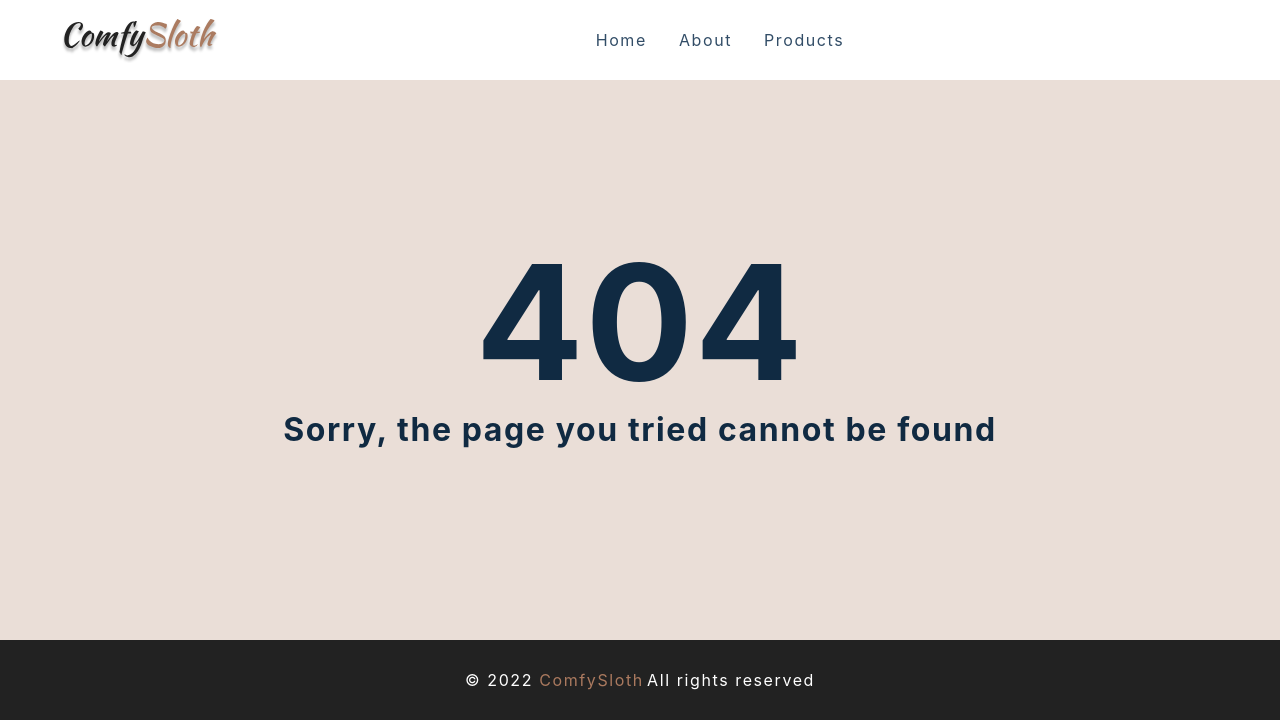
Repository: MateuszWorek/react-comfy-store
Page: /cart
These files come from the project's save history. The page is drawn as it stood at one moment and after the next save; the edit follows.
The browser window is 1280 px wide. The pictures show the whole page.
The project was rebuilt for these pictures with package versions that can differ from the ones it lists, and the page was loaded fresh each time. A package was used in the major version that the imports need, not the one package.json lists. Also part of the build but not shown: src/utils/constants.js, src/components/Error.js, src/components/Loading.js, src/utils/helpers.js, src/components/Product.js, src/components/FeaturedProducts.js, src/reducers/cart_reducer.js, src/context/cart_context.js and 27 more. Imported but missing from the stored project, and not drawn on this page: src/components/AmountButtons.

Above is the page before, as saved 2022-07-12 21:35:42.

After the next save:
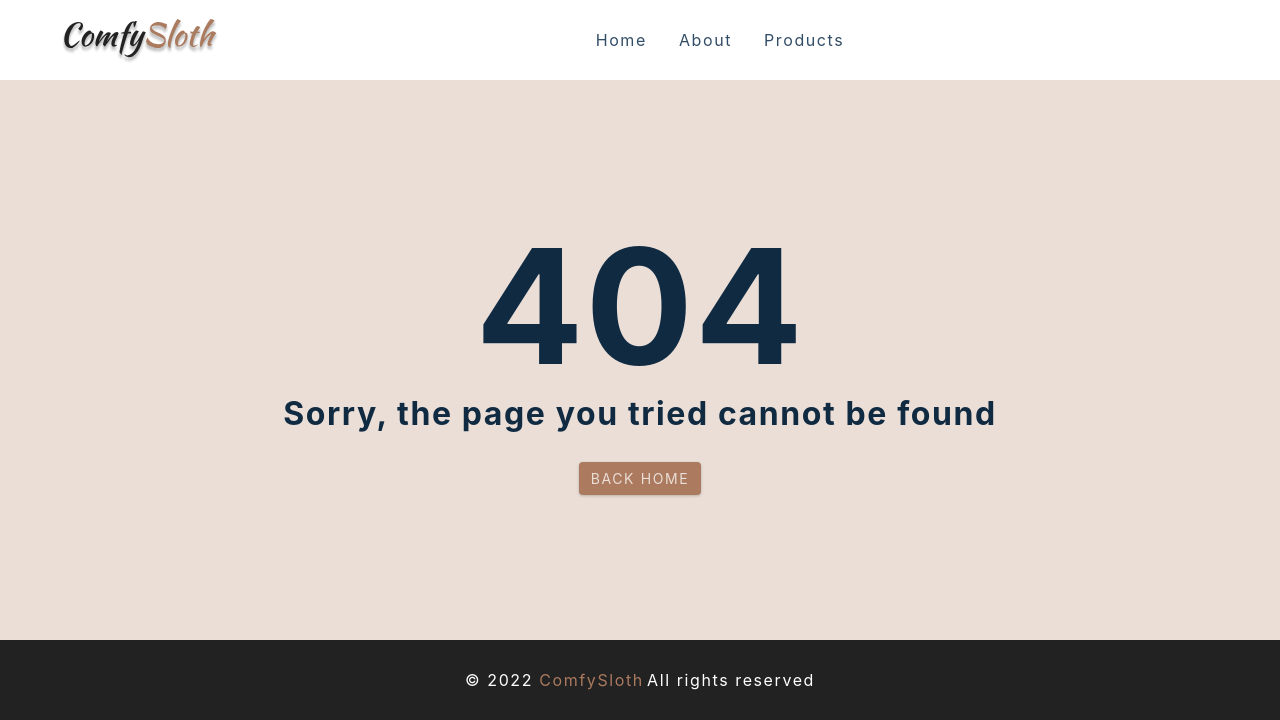
Saved 36 s later.
--- a/src/pages/ErrorPage.js
+++ b/src/pages/ErrorPage.js
@@ -7,6 +7,9 @@ const ErrorPage = () => {
       <section>
         <h1>404</h1>
         <h3>Sorry, the page you tried cannot be found</h3>
+        <Link to='/' className='btn'>
+          BACK HOME
+        </Link>
       </section>
     </Wrapper>
   );
